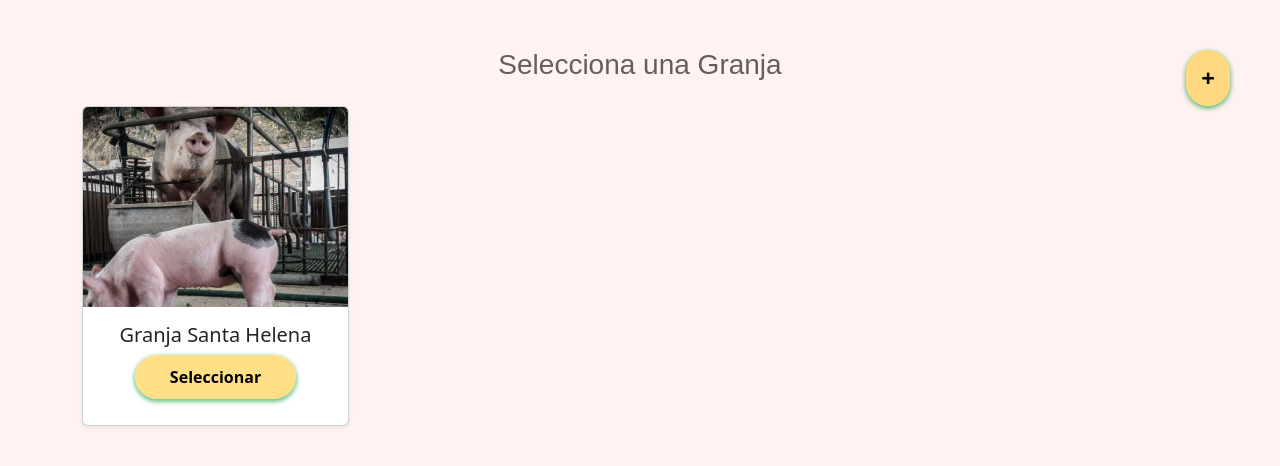
Repository: Mateojimenezz/Granja-Santa-Helena
Page: seleccionarGranja.html
The author's editor kept a copy of each file at every save. The page is drawn from the files as they stood at one save, then again after a run of saves.
The browser window is 1280 px wide. The pictures show the whole page.
Some web fonts or font styles are not loaded; a fallback is used.

Above is the page before, as saved 2025-05-13 10:54:30.

### seleccionarGranja.html
<!DOCTYPE html>
<html lang="es">
<head>
    <meta charset="UTF-8">
    <meta name="viewport" content="width=device-width, initial-scale=1.0">
    <title>La Granja</title>
    <link href="https://cdn.jsdelivr.net/npm/bootstrap@5.3.3/dist/css/bootstrap.min.css" rel="stylesheet" integrity="sha384-QWTKZyjpPEjISv5WaRU9OFeRpok6YctnYmDr5pNlyT2bRjXh0JMhjY6hW+ALEwIH" crossorigin="anonymous">

    <link rel="stylesheet" href="./assets/css/seleccionarGranja.css">
    <link rel="stylesheet" href="https://cdn.jsdelivr.net/npm/bootstrap-icons@1.11.3/font/bootstrap-icons.min.css">
    <link href="https://fonts.googleapis.com/css2?family=Calistoga&display=swap" rel="stylesheet">

  </head>
<body>
    <div class="container mt-5">
        <h3 class="text-center mb-4">Selecciona una Granja</h3>

        <div class="row g-3" id="granjas-list">
            <!-- Primera granja fija -->
            <div class="col-md-3 " id="granjas-container">
                <div class="card shadow-sm">
                    <img src="./assets/img/granja2.jpg" class="card-img-top" alt="Santa Helena">
                    <div class="card-body text-center">
                        <h5 class="card-title">Granja Santa Helena</h5>
                        <button class="btn btn-form" onclick="seleccionarGranja('Santa Helena')">Seleccionar</button>
                    </div>
                </div>
            </div>

            <!-- Aquí se agregarán las granjas dinámicamente -->
        </div>

        <!-- Botón para ir a la página de agregar nueva granja -->
        <div class="text-center mt-4">
            <a href="agregarGranja.html" id="agregar-granja" class="btn btn-form"> + </a>
        </div>
    </div>






  <!-- bootstrap JS -->
  <script src="https://cdn.jsdelivr.net/npm/bootstrap@5.3.3/dist/js/bootstrap.bundle.min.js" integrity="sha384-YvpcrYf0tY3lHB60NNkmXc5s9fDVZLESaAA55NDzOxhy9GkcIdslK1eN7N6jIeHz" crossorigin="anonymous"></script>
  <script src="./assets/js/seleccionarGranja.js"></script>




</body>

</html>

### assets/css/seleccionarGranja.css

@import "./variables.css";
body{
    background-color: var( --color-FondoDiv2);
}
.container h3 {
    text-align: center;
    margin-bottom: 20px;
    color: var(--color-TextoMenuLateral);
    font-family: var(--font-principal);
}
.granja-card {
    width: 150px;
    margin: 10px;
    padding: 10px;
    border: 1px solid #ccc;
    border-radius: 8px;
    text-align: center;
    box-shadow: 2px 2px 10px rgba(0,0,0,0.2);
}



.granja-card button {
    margin-top: 10px;
    background-color: #007bff;
    color: white;
    border: none;
    padding: 5px 10px;
    cursor: pointer;
    border-radius: 5px;
}
.card-img-top {
    width: 100%;
    height: 200px; /* Ajusta según el diseño */
    object-fit: cover; /* Recorta la imagen para que se ajuste sin deformarse */

}
.btn-form{
    background-color: var(  --color-Botones);
    padding: 10px 35px;
    margin-bottom: 10px;
    border: none;
    border-radius: 30px;
    color: black;
    font-weight: bold;
    box-shadow: 0 2px 4px 1px  rgba(25, 157, 60, 0.6) /* Sombra verde */

  }
  .btn-form:hover {
    background-color: #f4cf50; /* Tonalidad más oscura */
    color: black;
  }
  .btn-form:active {
    background-color:var(--color-principal)!important;
    color: white !important;
    box-shadow: none !important;
  }

#granjas-container {
    position: relative; /* Habilita posicionamiento dentro del contenedor */
    display: flex;

}

#agregar-granja {
    position: absolute;
    top: 50px; /* Ajusta la distancia desde arriba */
    right: 50px; /* Ajusta la distancia desde la derecha */
    z-index: 100; /* Asegura que el botón esté por encima de otros elementos */
    padding: 10px 15px;
    font-size: 24px;
}

### assets/js/seleccionarGranja.js
// ✅ Mostrar vista previa de imagen antes de guardarla
document.getElementById("imagen")?.addEventListener("change", function(event) {
    const file = event.target.files[0];
    const reader = new FileReader();

    reader.onload = function() {
        document.getElementById("preview").src = reader.result;
        document.getElementById("preview").style.display = "block";
    };

    if (file) {
        reader.readAsDataURL(file);
    }
});

// ✅ Guardar nueva granja y redirigir a `seleccionarGranja.html`
document.getElementById("form-granja")?.addEventListener("submit", function(event) {
    event.preventDefault();

    const nombreGranja = document.getElementById("nombre").value;
    const urlImagen = document.getElementById("preview").src;

    if (nombreGranja && urlImagen) {
        let granjas = JSON.parse(localStorage.getItem("granjas")) || [];
        granjas.push({ nombre: nombreGranja, imagen: urlImagen });
        localStorage.setItem("granjas", JSON.stringify(granjas));

        alert("Granja agregada correctamente!");

        window.location.href = "seleccionarGranja.html"; // Redirigir
    }
});

// ✅ Cargar las granjas guardadas en `seleccionarGranja.html`
document.addEventListener("DOMContentLoaded", function() {
    const listaGranjas = document.getElementById("granjas-list");
    let granjas = JSON.parse(localStorage.getItem("granjas")) || [];

    if (granjas.length === 0) {
        console.warn("No hay granjas en el localStorage.");
    }

    granjas.forEach(granja => {
        const nuevaGranja = document.createElement("div");
        nuevaGranja.classList.add("col-md-3");

        nuevaGranja.innerHTML = `
            <div class="card shadow-sm">
                <img src="${granja.imagen}" class="card-img-top" alt="Imagen de ${granja.nombre}">
                <div class="card-body text-center">
                    <h5 class="card-title">${granja.nombre}</h5>
                    <button class="btn btn-form" onclick="seleccionarGranja('${granja.nombre}')">Seleccionar</button>
                </div>
            </div>
        `;

        listaGranjas.appendChild(nuevaGranja);
    });
});

function seleccionarGranja(nombre) {
    alert(`Has seleccionado la granja: ${nombre}`);
    localStorage.setItem("granjaSeleccionada", nombre);
    window.location.href = "dashboard.html"; // Redirigir a la vista de la granja
}

// ✅ Guardar la granja seleccionada y redirigir a `inicio.html`
function seleccionarGranja(nombre) {
    localStorage.setItem("granjaSeleccionada", nombre);
    window.location.href = "paginaDeInicio.html"; // Redirigir a la página principal
}

### assets/css/variables.css
/* variables.css */
:root {
    --color-principal: #1CAD48 ;
    --color-Botones: rgba(255, 187, 0, 0.47);
    --color-texto: white;
    --color-fondo: #f5f5f5;
    --font-principal: 'calistoga','arial';
    --color-fondoDiv: #F8E91C;
    --color-FondoDiv2:#FFF2F2;
    --color-Footter: #D9D9D9;
    --letra-gris: #B0B0B7;
    --color-menu-lateral:#BDEAAD;
    --color-TextoMenuLateral:#645f5f; /* Color de texto del menú lateral */
    --fondo-formularios:#FFFFFF; /* Color de fondo de los formularios */
  }

After the next 2 saves:
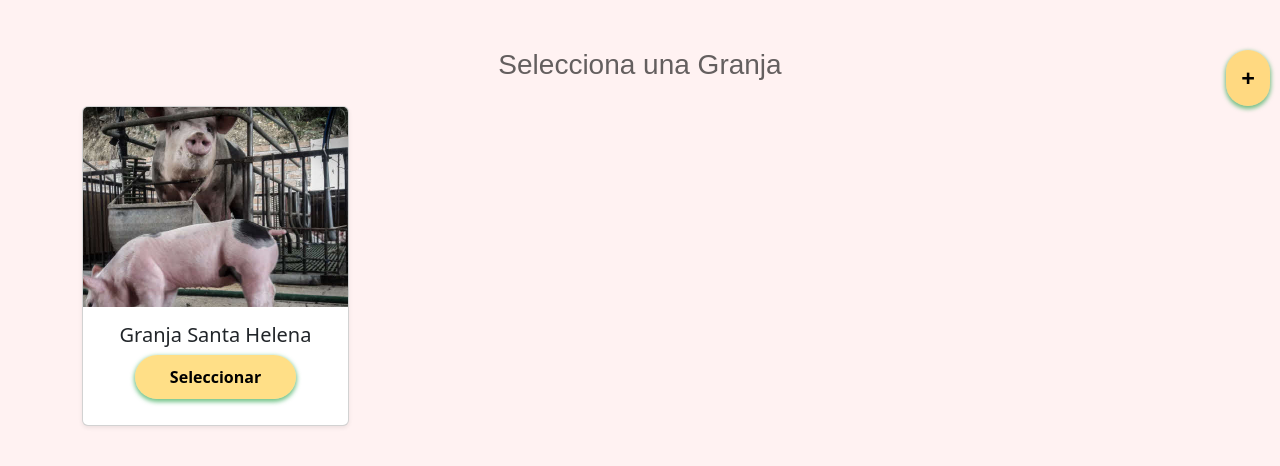
The 2 saves are shown as one change because they came seconds apart.
The last was saved 19 s later.
--- a/assets/css/seleccionarGranja.css
+++ b/assets/css/seleccionarGranja.css
@@ -66,7 +66,7 @@ body{
 #agregar-granja {
     position: absolute;
     top: 50px; /* Ajusta la distancia desde arriba */
-    right: 50px; /* Ajusta la distancia desde la derecha */
+    right: 10px; /* Ajusta la distancia desde la derecha */
     z-index: 100; /* Asegura que el botón esté por encima de otros elementos */
     padding: 10px 15px;
     font-size: 24px;
